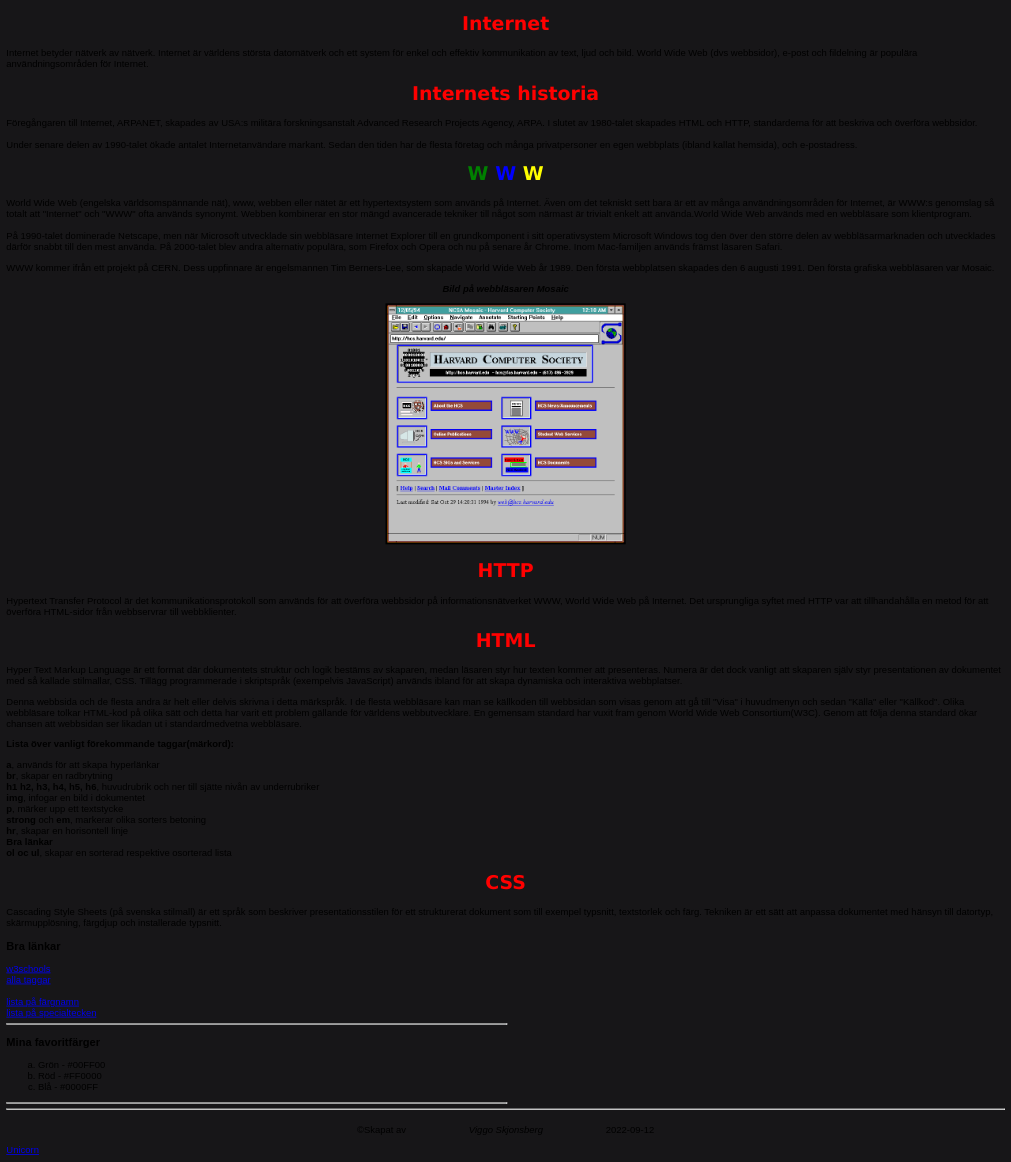
Repository: ViggoSkj/VGY
Page: ovningar/ovning2/ovning2.html
An editor plug-in stored every save of this project. The page is shown before and after the next save, followed by the edit.
The browser window is 1280 px wide. The pictures show the whole page, at 79% of full size.

Above is the page before, as saved 2022-11-27 11:31:30.

### ovningar/ovning2/ovning2.html
<!DOCTYPE html>
<html lang="en">
    <head>
        <meta charset="UTF-8">
        <meta http-equiv="X-UA-Compatible" content="IE=edge">
        <meta name="viewport" content="width=device-width, initial-scale=1.0">
        <title>Övning 3</title>


        <link rel="stylesheet" href="public/css/style.css">
    </head>
    <body class="ovning-2">
        <div class="container">
            <h1>Internet</h1>
            <p>Internet betyder nätverk av nätverk. Internet är världens största datornätverk och ett system för enkel och effektiv kommunikation av text, ljud och bild. World Wide Web (dvs webbsidor), e-post och fildelning är populära användningsområden för Internet.</p>

            <h1>Internets historia</h1>
            <p>Föregångaren till Internet, ARPANET, skapades av USA:s militära forskningsanstalt Advanced Research Projects Agency, ARPA. I slutet av 1980-talet skapades HTML och HTTP, standarderna för att beskriva och överföra webbsidor.

                <br/>
                <br/>
                Under senare delen av 1990-talet ökade antalet Internetanvändare markant. Sedan den tiden har de flesta företag och många privatpersoner en egen webbplats (ibland kallat hemsida), och e-postadress.</p>
            <p></p>

            <h1><span class="green">W</span> <span class="blue">W</span> <span class="yellow">W</span></h1>
            <p>World Wide Web (engelska världsomspännande nät), www, webben eller nätet är ett hypertextsystem som används på Internet.
                Även om det tekniskt sett bara är ett av många användningsområden för Internet, är WWW:s genomslag så totalt att "Internet" och "WWW" ofta används synonymt. Webben kombinerar en stor mängd avancerade tekniker till något som närmast är trivialt enkelt att använda.World Wide Web används med en webbläsare som klientprogram.
                <br/>
                <br/>
                På 1990-talet dominerade Netscape, men när Microsoft utvecklade sin webbläsare Internet Explorer till en grundkomponent i sitt operativsystem Microsoft Windows tog den över den större delen av webbläsarmarknaden och utvecklades därför snabbt till den mest använda. På 2000-talet blev andra alternativ populära, som Firefox och Opera och nu på senare år Chrome.
                Inom Mac-familjen används främst läsaren Safari.</p>

            <p>WWW kommer ifrån ett projekt på CERN. Dess uppfinnare är engelsmannen Tim Berners-Lee, som skapade World Wide Web år 1989. Den första webbplatsen skapades den 6 augusti 1991. Den första grafiska webbläsaren var Mosaic.</p>

            <div class="image-div">
                <p><em><strong>Bild på webbläsaren Mosaic</strong></em></p>
                <img src="public/images/browser1.gif" alt="Bild på webbläsaren Mosaic" width="300">
            </div>

            <h1>HTTP</h1>
            <p>Hypertext Transfer Protocol är det kommunikationsprotokoll som används för att överföra webbsidor på
                informationsnätverket WWW, World Wide Web på Internet. Det ursprungliga syftet med HTTP var att tillhandahålla
                en metod för att överföra HTML-sidor från webbservrar till webbklienter.</p>

            <h1>HTML</h1>
            <p>Hyper Text Markup Language är ett format där dokumentets struktur och logik bestäms av skaparen, medan läsaren styr hur texten kommer att presenteras. Numera är det dock vanligt att skaparen själv styr presentationen av dokumentet med så kallade stilmallar, CSS. Tillägg programmerade i skriptspråk (exempelvis JavaScript) används ibland för att skapa dynamiska och interaktiva webbplatser.</p>
            Denna webbsida och de flesta andra är helt eller delvis skrivna i detta märkspråk. I de flesta webbläsare kan man se källkoden till webbsidan som visas genom att gå till "Visa" i huvudmenyn och sedan "Källa" eller "Källkod". Olika webbläsare tolkar HTML-kod på olika sätt och detta har varit ett problem gällande för världens webbutvecklare. En gemensam standard har vuxit fram genom World Wide Web Consortium(W3C). Genom att följa denna standard ökar chansen att webbsidan ser likadan ut i standardmedvetna webbläsare.</p>
            <p><strong>Lista över vanligt förekommande taggar(märkord):</strong></p>
            <strong>a</strong>, används för att skapa hyperlänkar<br/>
            <strong>br</strong>, skapar en radbrytning<br/>
            <strong>h1 h2, h3, h4, h5, h6</strong>, huvudrubrik och ner till sjätte nivån av underrubriker<br/>
            <strong>img</strong>, infogar en bild i dokumentet<br/>
            <strong>p</strong>, märker upp ett textstycke<br/>
            <strong>strong</strong> och <strong>em</strong>, markerar olika sorters betoning<br/>
            <strong>hr</strong>, skapar en horisontell linje<br/>
            <strong>Bra länkar</strong><br/>
            <strong>ol oc ul</strong>, skapar en sorterad respektive osorterad lista</p>

            <h1>CSS</h1>
            <p>
                Cascading Style Sheets (på svenska stilmall) är ett språk som beskriver presentationsstilen för ett
                strukturerat dokument som till exempel typsnitt, textstorlek och färg. Tekniken är ett sätt att anpassa
                dokumentet med hänsyn till datortyp, skärmupplösning, färgdjup och installerade typsnitt.
            </p>


            <h3>Bra länkar</h3>
            <a href="http://www.w3schools.com/" target="_blank">w3schools </a>
            <br/>
            <a href="http://www.w3schools.com/tags/default.asp" target="_blank">alla taggar</a>
            <br>
            <br>
            <a href="http://www.w3schools.com/tags/ref_colornames.asp" target="_blank">lista på färgnamn</a>
            <br>
            <a href="http://www.w3schools.com/html/html_entities.asp" target="_blank">lista på specialtecken</a>

            <hr class="s"/>

            <h3>Mina favoritfärger</h3>
            <ol>
                <li>Grön - #00FF00 </li>
                <li>Röd - #FF0000</li>
                <li>Blå - #0000FF</li>
            </ol>

            <hr class="s"/>
            <hr/>

            <div class="bottom">
                <p class="right">&#169Skapat av</p>
                <p class="center"><em> Viggo Skjonsberg</em></p>
                <p class="left">2022-09-12</p>
            </div>
        </div>

        <div id="myfooter">
            <a href="https://validator.w3.org/unicorn/check?ucn_uri=labb.vgy.se/~viggosg/ovningar/ovning2.html&ucn_task=conformance">Unicorn</a>
         </div>
    </body>
</html>

### ovningar/ovning2/public/css/style.css
body.ovning-2
{
    background-color: rgb(23, 22, 24);
    font-size: 12px;
    font-family: Arial, Helvetica, sans-serif;
}

body.ovning-2 h1
{
    font-family: Verdana, Geneva, Tahoma, sans-serif;
    text-align: center;
    color: red;
}

body.ovning-2 .image-div
{
    text-align: center;
    align-items: center;
}

body.ovning-2 img
{
    border-width: 2px;
    border-style: solid;
    color: black;
}

body.ovning-2 .bottom
{
    display: grid;
    grid-template-columns: auto 20%  auto;
}

body.ovning-2 .s
{
    margin-right: 100%;
    width: 50%;
}

body.ovning-2 .left
{
    text-align: left;
}
body.ovning-2 .right
{
    text-align: right;
}
body.ovning-2 .center
{
    text-align: center;
}
body.ovning-2 ol
{
    list-style-type:lower-latin;
}
body.ovning-2 .yellow
{
    color: yellow;
}
body.ovning-2 .green
{
    color: green;
}
body.ovning-2 .blue
{
    color: blue;
}

After the next save:
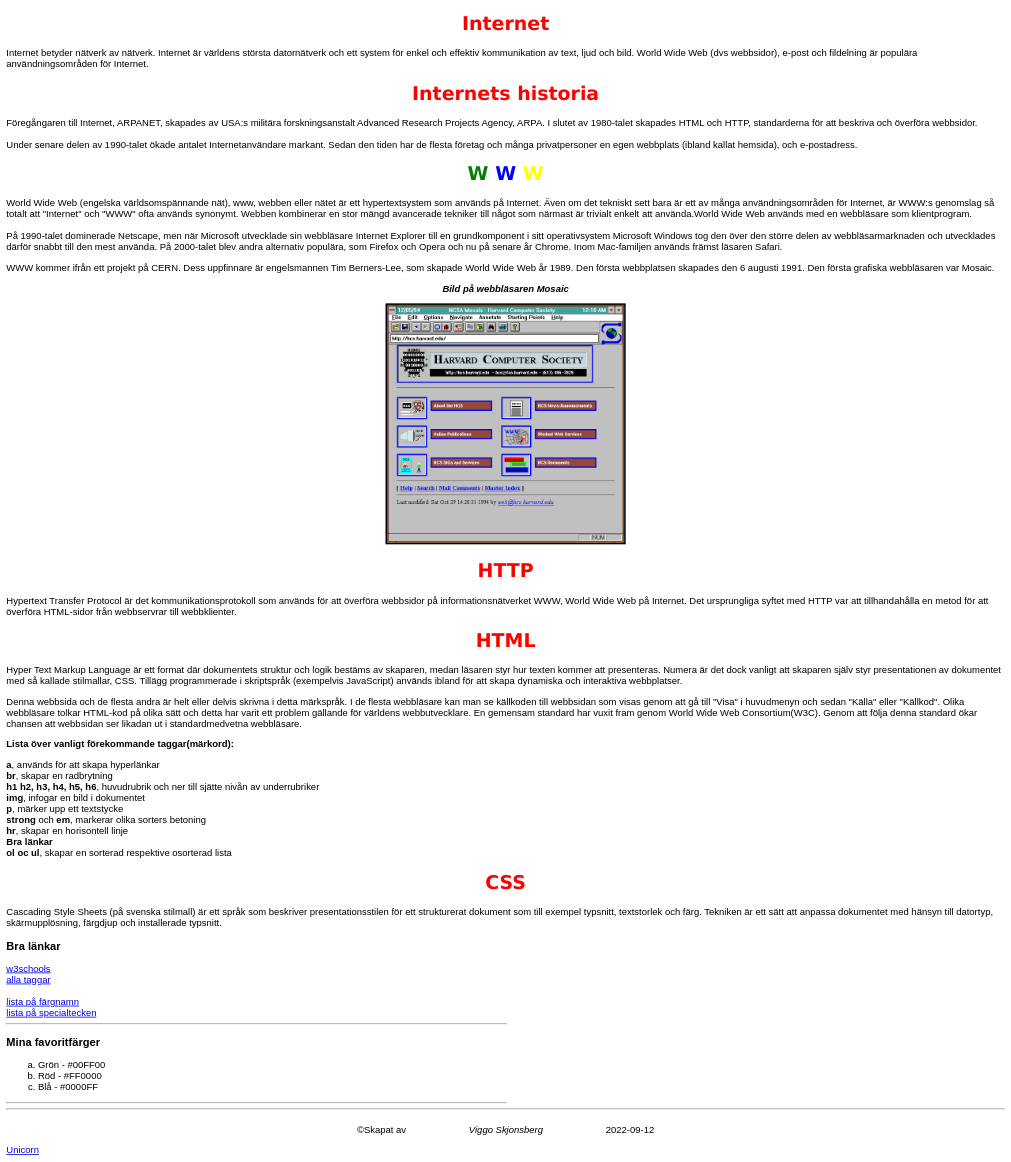
Saved 23 s later.
--- a/ovningar/ovning2/public/css/style.css
+++ b/ovningar/ovning2/public/css/style.css
@@ -1,6 +1,5 @@
 body.ovning-2
 {
-    background-color: rgb(23, 22, 24);
     font-size: 12px;
     font-family: Arial, Helvetica, sans-serif;
 }
